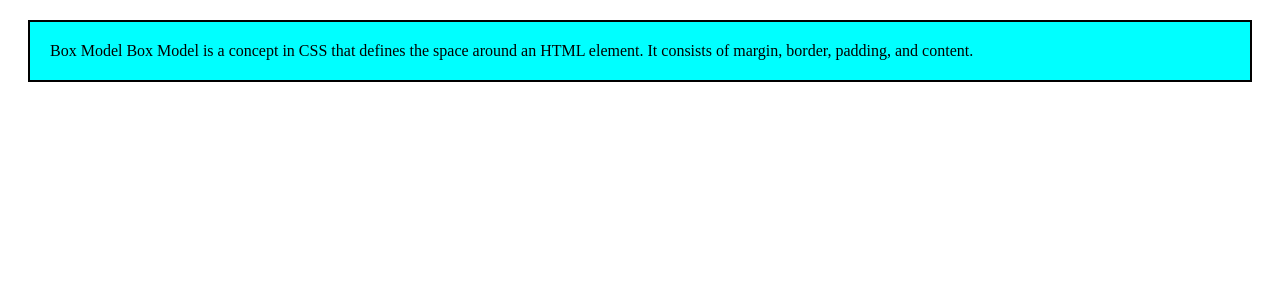
Repository: arunyerram/Web-TEChnologies
Page: Class4/index.html
The author's editor kept a copy of each file at every save. The page is drawn from the files as they stood at one save, then again after the next save.
The browser window is 1280 px wide. The pictures show the whole page.

Above is the page before, as saved 2025-02-18 12:27:59.

After the next save:
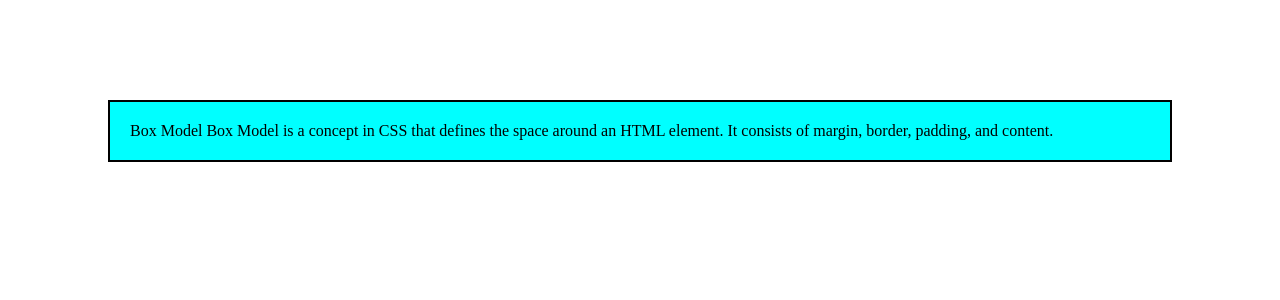
Saved 4 s later.
--- a/Class4/index.html
+++ b/Class4/index.html
@@ -10,7 +10,7 @@
             border:2px solid black;
             background-color: aqua;
             padding: 20px;
-            margin: 20px;
+            margin: 100px;
 
         }
     </style>
